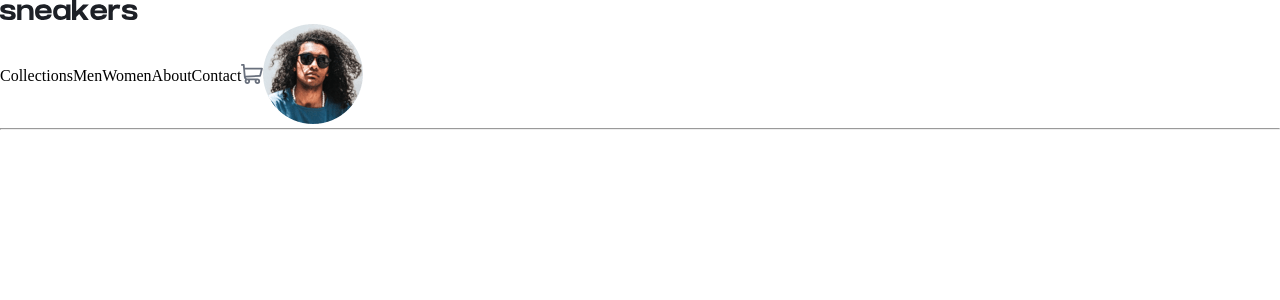
Repository: DevLaukey/ecommerce-design
Page: index.html
An editor plug-in stored every save of this project. The page is shown before and after the next save, followed by the edit.
The browser window is 1280 px wide. The pictures show the whole page.

Above is the page before, as saved 2022-05-15 16:46:01.

### index.html
<!DOCTYPE html>
<html lang="en">
  <head>
    <meta charset="UTF-8" />
    <meta http-equiv="X-UA-Compatible" content="IE=edge" />
    <meta name="viewport" content="width=device-width, initial-scale=1.0" />
    <title>Document</title>
    <link rel="stylesheet" href="./css/style.css" type="text/css" />
  </head>
  <body>
    <div class="nav">
      <div class="logo">
        <svg width="138" height="20" xmlns="http://www.w3.org/2000/svg">
          <path
            d="M8.217 20c4.761 0 7.519-.753 7.519-4.606 0-3.4-3.38-4.172-6.66-4.682l-.56-.085-.279-.041-.35-.053c-2.7-.405-3.18-.788-3.18-1.471 0-.478.49-1.331 2.843-1.331 2.455 0 3.493.647 3.493 1.87v.134h4.281v-.133c0-2.389-1.35-5.238-7.774-5.238-5.952 0-7.201 2.584-7.201 4.752 0 3.097 2.763 4.086 7.223 4.675.21.028.433.054.659.081 1.669.197 3.172.42 3.172 1.585 0 1.01-1.615 1.222-3.298 1.222-2.797 0-3.784-.593-3.784-1.92v-.134H.002L0 14.926v.317c.008.79.118 1.913 1.057 2.862C2.303 19.362 4.712 20 8.217 20Zm13.21 0v-7.49c0-2.104.547-4.423 4.176-4.423 3.915 0 3.778 2.777 3.768 4.042V20h4.18v-7.768c0-2.264-.176-7.766-6.732-7.766-2.778 0-4.192.911-5.195 2.28h-.197V4.467H17.22V20h4.207Zm21.959 0c5.094 0 7.787-2.07 8.217-5.405H47.53c-.386 1.02-1.63 1.72-4.143 1.72-2.721 0-3.962-1.03-4.25-3.106h12.527c.24-2.13-.029-5.417-3.026-7.44v.005c-1.312-.915-3.056-1.465-5.251-1.465-5.24 0-8.336 2.772-8.336 7.845 0 5.17 3.02 7.846 8.336 7.846Zm4.099-9.574h-8.188c.486-1.574 1.764-2.431 4.089-2.431 2.994 0 3.755 1.267 4.099 2.431ZM70.499 20V4.457H66.29V6.74h-.176c-1.053-1.377-2.809-2.283-5.677-2.283-6.433 0-7.225 5.293-7.253 7.635v.137c0 2.092.732 7.771 7.241 7.771 2.914 0 4.684-.818 5.734-2.169h.131V20H70.5Zm-8.854-3.623c-3.996 0-4.447-3.032-4.447-4.148 0-1.21.426-4.148 4.455-4.148 3.631 0 4.374 2.044 4.374 4.148 0 2.35-.742 4.148-4.382 4.148ZM88.826 20l-6.529-9.045 6.588-6.488h-5.827l-6.836 6.756V0h-4.187v19.954h4.187V16.94l3.02-2.976L83.6 20h5.226Zm9.9 0c5.094 0 7.786-2.07 8.217-5.405h-4.074c-.387 1.02-1.63 1.72-4.143 1.72-2.721 0-3.962-1.03-4.25-3.106h12.527c.24-2.13-.029-5.417-3.026-7.44v.005c-1.312-.915-3.057-1.465-5.251-1.465-5.24 0-8.336 2.772-8.336 7.845 0 5.17 3.02 7.846 8.336 7.846Zm4.098-9.574h-8.187c.485-1.574 1.763-2.431 4.089-2.431 2.994 0 3.755 1.267 4.098 2.431ZM112.76 20v-6.97c0-2.103.931-4.542 4.05-4.542 1.33 0 2.393.236 2.785.346l.67-3.976c-.728-.16-1.626-.392-2.757-.392-2.665 0-3.622.794-4.486 2.282h-.262V4.466h-4.21V20h4.21Zm17.221 0c4.761 0 7.519-.753 7.519-4.606 0-3.4-3.38-4.172-6.66-4.682l-.56-.085-.279-.041-.349-.053c-2.701-.405-3.181-.788-3.181-1.471 0-.478.49-1.331 2.843-1.331 2.455 0 3.493.647 3.493 1.87v.134h4.282v-.133c0-2.389-1.35-5.238-7.775-5.238-5.952 0-7.201 2.584-7.201 4.752 0 3.097 2.763 4.086 7.224 4.675.21.028.432.054.658.081 1.669.197 3.172.42 3.172 1.585 0 1.01-1.615 1.222-3.298 1.222-2.796 0-3.784-.593-3.784-1.92v-.134h-4.319l-.001.301v.317c.008.79.117 1.913 1.056 2.862 1.246 1.257 3.655 1.895 7.16 1.895Z"
            fill="#1D2026"
            fill-rule="nonzero"
          />
        </svg>
      </div>
      <nav>
        <div class="nav-menu">
          <p>Collections</p>
          <p>Men</p>
          <p>Women</p>
          <p>About</p>
          <p>Contact</p>
        </div>
        <div class="nav-icons">
          <div class="icon">
            <svg width="22" height="20" xmlns="http://www.w3.org/2000/svg">
              <path
                d="M20.925 3.641H3.863L3.61.816A.896.896 0 0 0 2.717 0H.897a.896.896 0 1 0 0 1.792h1l1.031 11.483c.073.828.52 1.726 1.291 2.336C2.83 17.385 4.099 20 6.359 20c1.875 0 3.197-1.87 2.554-3.642h4.905c-.642 1.77.677 3.642 2.555 3.642a2.72 2.72 0 0 0 2.717-2.717 2.72 2.72 0 0 0-2.717-2.717H6.365c-.681 0-1.274-.41-1.53-1.009l14.321-.842a.896.896 0 0 0 .817-.677l1.821-7.283a.897.897 0 0 0-.87-1.114ZM6.358 18.208a.926.926 0 0 1 0-1.85.926.926 0 0 1 0 1.85Zm10.015 0a.926.926 0 0 1 0-1.85.926.926 0 0 1 0 1.85Zm2.021-7.243-13.8.81-.57-6.341h15.753l-1.383 5.53Z"
                fill="#69707D"
                fill-rule="nonzero"
              />
            </svg>
          </div>
          <div class="avatar">
            <img src="./assets/image-avatar.png" alt="" />
          </div>
        </div>
      </nav>
    </div>
    <hr />
  </body>
</html>

### css/style.css
* {
  margin: 0;
  padding: 0;
  box-sizing: border-box;
}
.nav nav{
  display: flex;
  /* width: 100%; */
  align-items: center;
  /* margin:auto; */
}
.nav-menu {
  display: flex;
  flex-direction: row;
}
.nav-icons{
    display: flex;
    align-items: center;
}

After the next save:
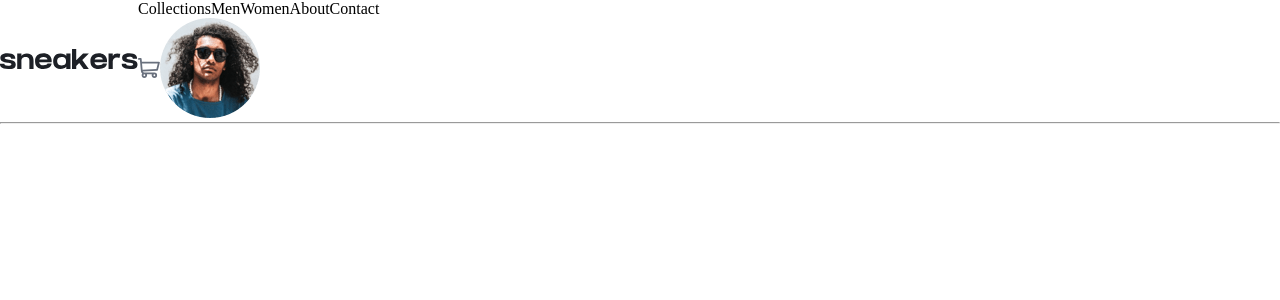
Saved 17 s later.
--- a/css/style.css
+++ b/css/style.css
@@ -3,7 +3,7 @@
   padding: 0;
   box-sizing: border-box;
 }
-.nav nav{
+.nav {
   display: flex;
   /* width: 100%; */
   align-items: center;
